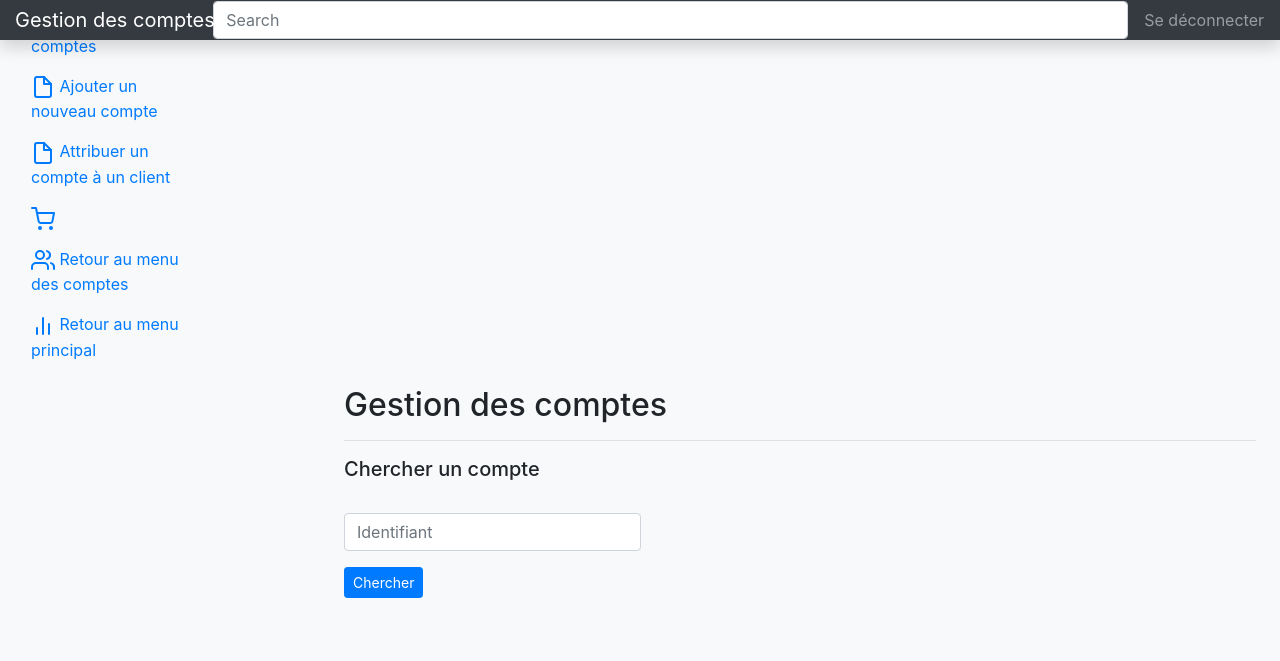
Repository: liiiseee/Projet
Page: http://localhost/02_projet_gestion_clients_compte/recherche-compte.jsp
These files come from the project's save history. The page is drawn as it stood at one moment and after the next save; the edit follows.
The browser window is 1280 px wide. The pictures show the whole page.
The page is served by Tomcat 9. Other server files are loaded and not shown.

Above is the page before, as saved 2020-04-02 14:00:49.
Console error: TypeError: Cannot read properties of null (reading 'length')

### 02_projet_gestion_clients_compte/WebContent/recherche-compte.jsp
<%@page import="com.intiformation.gestion.model.Client"%>
<%@page import="com.intiformation.gestion.model.Conseiller"%>
<%@page import="java.util.List"%>
<%@page import="com.intiformation.gestion.model.Compte"%>
<%@ page language="java" contentType="text/html; charset=utf-8"
    pageEncoding="utf-8"%>

<%@taglib prefix="c" uri="http://java.sun.com/jsp/jstl/core" %>
<!DOCTYPE html>
<html>
<head>
<meta charset="utf-8">
<title>recherche compte</title>
<!-- Bootstrap core CSS -->
<link href="assets/styles/bootstrap.min.css" rel="stylesheet">




    <style>
      .bd-placeholder-img {
        font-size: 1.125rem;
        text-anchor: middle;
        -webkit-user-select: none;
        -moz-user-select: none;
        -ms-user-select: none;
        user-select: none;
      }

      @media (min-width: 768px) {
        .bd-placeholder-img-lg {
          font-size: 3.5rem;
        }
      }
    </style>
    <!-- Custom styles for this template -->
    <link href="assets/styles/styleModif.css" rel="stylesheet">
</head>
<body class="bg-light">
 <nav class="navbar navbar-dark fixed-top bg-dark flex-md-nowrap p-0 shadow">
  <a class="navbar-brand col-sm-3 col-md-2 mr-0" href="#">Gestion des comptes</a>
  <input class="form-control form-control-dark w-100" type="text" placeholder="Search" aria-label="Search">
  <ul class="navbar-nav px-3">
    <li class="nav-item text-nowrap">
      <a class="nav-link" href="authentification-servlet?destroy=true">Se déconnecter</a>
    </li>
  </ul>
</nav>

<div class="container-fluid" >
  <div class="row">
    <nav class="col-md-2 d-none d-md-block bg-light sidebar" >
      <div class="sidebar-sticky">
        <ul class="nav flex-column">
          <li class="nav-item">
            <a class="nav-link active" href="#">
              <span data-feather="home"></span>
              Liste des comptes
            </a>
          </li>
          <li class="nav-item">
            <a class="nav-link" href="ajout-compte.jsp">
              <span data-feather="file"></span>
              Ajouter un nouveau compte
            </a>
          </li>
          <li class="nav-item">
            <a class="nav-link" href="attribuer-compte.jsp">
              <span data-feather="file"></span>
              Attribuer un compte à un client
            </a>
          </li>
         <li class="nav-item">
            <a class="nav-link" href="gestion-pages-servlet?action=chercherCompte">
              <span data-feather="shopping-cart">
              Chercher un compte<span class="sr-only">(current)</span>
            </a>
          </li>

          <li class="nav-item">
            <a class="nav-link" href="gestion-pages-servlet?action=menuCompte">
              <span data-feather="users"></span>
            Retour au menu des comptes
            </a>
          </li>
          <li class="nav-item">
            <a class="nav-link" href="menu.jsp">
              <span data-feather="bar-chart-2"></span>
              Retour au menu principal
            </a>
          </li>
          </ul>



      </div>
    </nav>
    </div>
    </div>
<!-- ====================================================================================== -->
<!-- ====================== Section principale (Main)  ==================================== -->
<!-- ====================================================================================== -->

<main role="main" class="col-md-9 ml-sm-auto col-lg-9 px-4">		<!-- == Ouverture du main ======== -->

    <!-- --------------Titre de la page ------------------------------------ -->

      <div class="d-flex justify-content-between flex-wrap flex-md-nowrap align-items-center pt-3 pb-2 mb-3 border-bottom">
        <h1 class="h2">Gestion des comptes</h1>
      </div>


	<!-- -------Formulaire pour chercher un compte ----------------------- -->

      <h5>Chercher un compte</h5>

			<form method="post" action="gestion-compte-servlet">
			  <div class="form-row">
			    <div class="col-md-4 mb-3">
			      <label for="validationDefault01"></label>
			      <input name="pIdCompte" type="text" class="form-control" id="validationDefault02" placeholder="Identifiant" required>
			    </div>
			    <div class="col-md-3 mb-3">
	      				<input type="hidden" name="action" value="cherche"/>
	    		</div>

			  </div>
			  <button class="btn btn-primary btn-sm" type="submit">Chercher</button>
			</form>

		<br/>
		<br/>



	<!-- -------Affichage du compte recherché ----------------------- -->
     <%
	 	Compte compte = (Compte)request.getAttribute("compteRecherche");
	 %>

	<c:catch var="exception"><% int id=compte.getIdCompte(); %></c:catch>
	<c:if test="${ empty exception}">
		<div class="table-responsive">
	        <table class="table table-striped table-sm">
	          <thead>
	          		<tr>
						<th>ID</th>
						<th>Client</th>
						<th>Solde</th>
						<th>Type de compte</th>
						<th>Taux</th>
						<th>Découvert autorisé</th>
					</tr>
	          </thead>
	          <tbody>
	            <tr>
	            	<td><%= compte.getIdCompte() %></td>
	            	<td><%= compte.getClientID() %></td>
	            	<td><%= compte.getSolde() %></td>
	            	<td><%= compte.getTypeCompte() %></td>
	            	<td><%= compte.getTaux() %></td>
	            	<td><%= compte.getDecouvert()%></td>

	            </tr>
	          </tbody>
	        </table>
      	</div>


		<a href="gestion-client-servlet?action=afficheProprietaire&id-client=<%= compte.getClientID() %>&id-compte=<%= compte.getIdCompte() %>" class="btn btn-success btn-sm" role="button">Voir le propriétaire</a>


		      	<!-- Affichage des boutons modifier, supprimer débit et credit uniquement si le client  appartient pas au conseiller enregistré -->
     <%
	 	Conseiller conseillerLogged = (Conseiller)session.getAttribute("conseillerLogged");
     	double idconseillerLogged = conseillerLogged.getIdConseiller();

		Client client = (Client)request.getAttribute("pClientProprio");
		double idconseiller = 0;
		if(client!=null){
			 idconseiller = client.getConseillerId();
		}

	 %>


      	<c:if test="<%= idconseiller==idconseillerLogged || client==null %>">
      		<a href="gestion-compte-servlet?action=modif&id-compte=<%= compte.getIdCompte() %>" class="btn btn-danger btn-sm" role="button">Modifier</a>
      		<a href="gestion-compte-servlet?action=supp&id-compte=<%= compte.getIdCompte() %>" class="btn btn-danger btn-sm" role="button">Supprimer</a>

      	</c:if>


      </c:if>


      <br/><br/>


   <!-- -------Affichage du client propriétaire du compte recherché ----------------------- -->

     <%
	 	Client client = (Client)request.getAttribute("pPropretaire");
	 %>


	<c:catch var="exception"><% int id=client.getIdClient(); %></c:catch>
	<c:if test="${ empty exception}">
		<h5>Client propriétaire </h5>
		<div class="table-responsive">
	        <table class="table table-striped table-sm">
	          <thead>
	          		<tr>
						<th>ID</th>
						<th>Nom</th>
						<th>Prenom</th>
						<th>Adresse</th>
						<th>Code Postal</th>
						<th>Ville</th>
						<th>Téléphone</th>
						<th>Id conseiller</th>
						<th>  </th>


					</tr>
	          </thead>
	          <tbody>
	            <tr>
	            	<td><%= client.getIdClient() %></td>
	            	<td><%= client.getNom() %></td>
	            	<td><%= client.getPrenom() %></td>
	            	<td><%= client.getAdresse() %></td>
	            	<td><%= client.getCodePostal() %></td>
	            	<td><%= client.getVille() %></td>
	            	<td><%= client.getTelephone() %></td>
	            	<td> <%= client.getConseillerId() %></td>
	            	<td>
						<a href="gestion-client-servlet?action=afficher&id-client=<%= client.getIdClient() %>">Afficher</a>
					</td>
	            </tr>
	          </tbody>
	        </table>
      	</div>
	</c:if>


	<!-- -------Affichage du formulaire de débit ----------------------- -->

	<c:catch var="exception"><% String action = (String)request.getAttribute("pDebitCredit"); %></c:catch>

		<c:if test="${ empty exception}">
			<c:if test='${pDebitCredit.equals("debit")}'>

					<form method="post" action="gestion-compte-servlet">
					  <div class="form-row">
					    <div class="col-md-4 mb-3">
					      <label for="validationDefault01">Montant du débit</label>
					      <input name="pMontant" type="text" class="form-control" id="validationDefault02" required>
					    </div>
					    <div class="col-md-3 mb-3">
			      				<input type="hidden" name="action" value="debit"/>
			    		</div>
			    		<div class="col-md-3 mb-3">
			      				<input type="hidden" name="pIdCompte" value="<%= compte.getIdCompte() %>"/>
			    		</div>

					  </div>
					  <button class="btn btn-primary btn-sm" type="submit">Faire le retrait</button>
					</form>

			</c:if>


		<!-- -------Affichage du formulaire de débit ----------------------- -->


			<c:if test='${pDebitCredit.equals("credit")}'>
					<form method="post" action="gestion-compte-servlet">
					  <div class="form-row">
					    <div class="col-md-4 mb-3">
					      <label for="validationDefault01">Montant du crédit</label>
					      <input name="pMontant" type="text" class="form-control" id="validationDefault02" required>
					    </div>
					    <div class="col-md-3 mb-3">
			      				<input type="hidden" name="action" value="credit"/>
			    		</div>
			    		<div class="col-md-3 mb-3">
			      				<input type="hidden" name="pIdCompte" value="<%= compte.getIdCompte() %>"/>
			    		</div>
					  </div>
					  <button class="btn btn-primary btn-sm" type="submit">Faire le credit </button>
					</form>
			</c:if>
	</c:if>



    <!-- -------Affichage des message d'erreur/ réussite ----------------------- -->

    <c:catch var="exception"><% String reussiteOp = (String)request.getAttribute("reussiteOperation"); %></c:catch>
	<c:if test="${ empty exception}">
		<c:if test='${reussiteOperation.equals("true")}'>
		<div class="alert alert-success" role="alert">
  			${message}
		</div>

		</c:if>
		<c:if test='${reussiteOperation.equals("false")}'>
		<div class="alert alert-danger" role="alert">
  			${message}
		</div>

		</c:if>
	</c:if>



    </main>	<!-- == Fermeture du main ======== -->
  </div>	<!-- == Fermeture de la div row == -->
</div>		<!-- == Fermeture de la div principale ======== -->



<!-- ====================================================================================== -->
<!-- ====================== Scripts  ====================================================== -->
<!-- ====================================================================================== -->


		<script src="assets/scripts/jquery-3.4.1.slim.min.js" ></script>

      	<script>window.jQuery || document.write('<script src="/docs/4.4/assets/js/vendor/jquery.slim.min.js"><\/script>')</script>

      	<script src="assets/scripts/bootstrap.bundle.min.js"></script>
        <script src="assets/scripts/feather.min.js"></script>
        <script src="assets/scripts/Chart.min.js"></script>
        <script src="assets/scripts/dashboard.js"></script>
</body>
</html>

### 02_projet_gestion_clients_compte/src/com/intiformation/gestion/model/Compte.java
package com.intiformation.gestion.model;

import java.io.Serializable;

public class Compte implements Serializable{

	private int idCompte;
	private double solde;
	private String typeCompte;
	private int clientID;
	private double decouvert;
	private double taux;
	private double conseillerId;


	/*__________ Constructeurs ____________*/




	public Compte(int idCompte, double solde, String typeCompte, int clientID) {
		super();
		this.idCompte = idCompte;
		this.solde = solde;
		this.typeCompte = typeCompte;
		this.clientID = clientID;
	}
	public Compte(int idCompte, double solde, double conseillerId, String typeCompte, double taux) {
		super();
		this.idCompte = idCompte;
		this.solde = solde;
		this.typeCompte = typeCompte;
		this.taux = taux;
		this.conseillerId = conseillerId;

	}




	public Compte(double solde, String typeCompte, int clientID, double decouvert, double taux, double conseillerId) {
		super();
		this.solde = solde;
		this.typeCompte = typeCompte;
		this.clientID = clientID;
		this.decouvert = decouvert;
		this.taux = taux;
		this.conseillerId = conseillerId;
	}
	public Compte(int idCompte, double solde, String typeCompte, int clientID, double decouvert, double taux,
			double conseillerId) {
		super();
		this.idCompte = idCompte;
		this.solde = solde;
		this.typeCompte = typeCompte;
		this.clientID = clientID;
		this.decouvert = decouvert;
		this.taux = taux;
		this.conseillerId = conseillerId;
	}
	public Compte(int idCompte, double solde, String typeCompte, double decouvert, double taux) {
		super();
		this.idCompte = idCompte;
		this.solde = solde;
		this.typeCompte = typeCompte;
		this.decouvert = decouvert;
		this.taux = taux;
	}
	public Compte(double solde, String typeCompte, double decouvert, double taux) {
		super();
		this.solde = solde;
		this.typeCompte = typeCompte;
		this.decouvert = decouvert;
		this.taux = taux;
	}
	public Compte(double solde, String typeCompte, int clientID, double decouvert, double taux) {
		super();
		this.solde = solde;
		this.typeCompte = typeCompte;
		this.clientID = clientID;
		this.decouvert = decouvert;
		this.taux = taux;
	}
	public Compte(int idCompte, double solde, String typeCompte, int clientID, double decouvert, double taux) {
		super();
		this.idCompte = idCompte;
		this.solde = solde;
		this.typeCompte = typeCompte;
		this.clientID = clientID;
		this.decouvert = decouvert;
		this.taux = taux;
	}
	public Compte() {
		super();
	}

	public Compte(int idCompte, double solde, String typeCompte) {
		super();
		this.idCompte = idCompte;
		this.solde = solde;
		this.typeCompte = typeCompte;
	}


	/*________ Getters et Setters _________*/

	public int getIdCompte() {
		return idCompte;
	}
	public void setIdCompte(int idCompte) {
		this.idCompte = idCompte;
	}
	public double getSolde() {
		return solde;
	}
	public void setSolde(double solde) {
		this.solde = solde;
	}
	public String getTypeCompte() {
		return typeCompte;
	}
	public void setTypeCompte(String typeCompte) {
		this.typeCompte = typeCompte;
	}
	public int getClientID() {
		return clientID;
	}
	public void setClientID(int clientID) {
		this.clientID = clientID;
	}


	public double getDecouvert() {
		return decouvert;
	}
	public void setDecouvert(double decouvert) {
		this.decouvert = decouvert;
	}
	public double getTaux() {
		return taux;
	}
	public void setTaux(double taux) {
		this.taux = taux;
	}



	public double getConseillerId() {
		return conseillerId;
	}
	public void setConseillerId(int conseillerId) {
		this.conseillerId = conseillerId;
	}
	/*_____________ Méthodes ______________*/
	@Override
	public String toString() {
		return " \n_____________________________\n Identifiant du Compte : " + idCompte + "\n Solde : " + solde + "€ \n "
				+ "type du compte : " + typeCompte + "\n Identifiant compte : " + clientID + "\n_____________________________";
	}

}

### 02_projet_gestion_clients_compte/src/com/intiformation/gestion/model/Client.java
package com.intiformation.gestion.model;

import java.io.Serializable;

public class Client implements Serializable{
	/*____________ Propriétés _____________*/

	private int idClient;
	private String nom;
	private String prenom;
	private String adresse;
	private String ville;
	private String codePostal;
	private String telephone;
	private double conseillerId;


	/*__________ Constructeurs ____________*/



	public Client() {
		super();
	}


	public Client(int idClient, String nom, String prenom, String adresse, String ville, String codePostal,
			String telephone) {
		super();
		this.idClient = idClient;
		this.nom = nom;
		this.prenom = prenom;
		this.adresse = adresse;
		this.ville = ville;
		this.codePostal = codePostal;
		this.telephone = telephone;
	}


	public Client(String nom, String prenom, String adresse, String ville, String codePostal, String telephone) {
		super();
		this.nom = nom;
		this.prenom = prenom;
		this.adresse = adresse;
		this.ville = ville;
		this.codePostal = codePostal;
		this.telephone = telephone;
	}

	public Client(int idClient, String nom, String prenom, String adresse, String ville, String codePostal,
			String telephone, double conseillerId) {
		super();
		this.idClient = idClient;
		this.nom = nom;
		this.prenom = prenom;
		this.adresse = adresse;
		this.ville = ville;
		this.codePostal = codePostal;
		this.telephone = telephone;
		this.conseillerId = conseillerId;
	}





	public Client(String nom, String prenom, String adresse, String ville, String codePostal, String telephone,
			double conseillerId) {
		super();
		this.nom = nom;
		this.prenom = prenom;
		this.adresse = adresse;
		this.ville = ville;
		this.codePostal = codePostal;
		this.telephone = telephone;
		this.conseillerId = conseillerId;
	}


	/*________ Getters et Setters _________*/





	public int getIdClient() {
		return idClient;
	}

	public void setIdClient(int idClient) {
		this.idClient = idClient;
	}

	public double getConseillerId() {
		return conseillerId;
	}


	public void setConseillerId(double conseillerId) {
		this.conseillerId = conseillerId;
	}




	public String getNom() {
		return nom;
	}

	public void setNom(String nom) {
		this.nom = nom;
	}

	public String getPrenom() {
		return prenom;
	}

	public void setPrenom(String prenom) {
		this.prenom = prenom;
	}

	public String getAdresse() {
		return adresse;
	}

	public void setAdresse(String adresse) {
		this.adresse = adresse;
	}

	public String getCodePostal() {
		return codePostal;
	}

	public void setCodePostal(String codePostal) {
		this.codePostal = codePostal;
	}

	public String getVille() {
		return ville;
	}

	public void setVille(String ville) {
		this.ville = ville;
	}

	public String getTelephone() {
		return telephone;
	}

	public void setTelephone(String telephone) {
		this.telephone = telephone;
	}





	/*_____________ Méthodes ______________*/
	@Override
	public String toString() {
		return " \n_____________________________\n Identifiant Client : " + idClient + "\n Nom : " + nom + "\n Prenom : " + prenom + "\n Adresse : " + adresse
				+ "\n Code postal : " + codePostal + "\n Ville : " + ville + "\n Telephone : " + telephone + "\n_____________________________";
	}


}//end class

### 02_projet_gestion_clients_compte/WebContent/assets/styles/styleModif.css
@charset "ISO-8859-1";

.container {
  max-width: 960px;
}

.lh-condensed { line-height: 1.25; }

### 02_projet_gestion_clients_compte/WebContent/assets/scripts/dashboard.js
/* globals Chart:false, feather:false */

(function () {
  'use strict'

  feather.replace()

  // Graphs
  var ctx = document.getElementById('myChart')
  // eslint-disable-next-line no-unused-vars
  var myChart = new Chart(ctx, {
    type: 'line',
    data: {
      labels: [
        'Sunday',
        'Monday',
        'Tuesday',
        'Wednesday',
        'Thursday',
        'Friday',
        'Saturday'
      ],
      datasets: [{
        data: [
          15339,
          21345,
          18483,
          24003,
          23489,
          24092,
          12034
        ],
        lineTension: 0,
        backgroundColor: 'transparent',
        borderColor: '#007bff',
        borderWidth: 4,
        pointBackgroundColor: '#007bff'
      }]
    },
    options: {
      scales: {
        yAxes: [{
          ticks: {
            beginAtZero: false
          }
        }]
      },
      legend: {
        display: false
      }
    }
  })
}())

Loaded but not shown: 02_projet_gestion_clients_compte/WebContent/assets/styles/bootstrap.min.css (library); 02_projet_gestion_clients_compte/WebContent/assets/scripts/jquery-3.4.1.slim.min.js (library); 02_projet_gestion_clients_compte/WebContent/assets/scripts/bootstrap.bundle.min.js (library); 02_projet_gestion_clients_compte/WebContent/assets/scripts/feather.min.js (library); 02_projet_gestion_clients_compte/WebContent/assets/scripts/Chart.min.js (library)

After the next save:
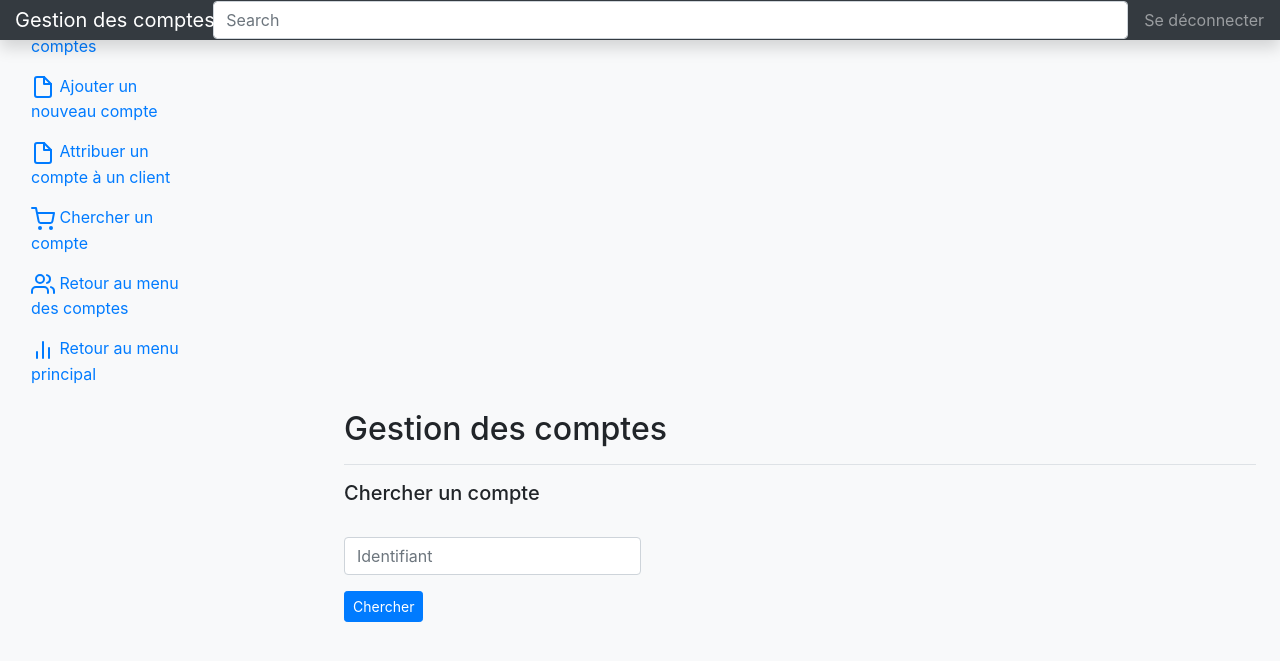
Saved 5 min 59 s later.
--- a/02_projet_gestion_clients_compte/WebContent/recherche-compte.jsp
+++ b/02_projet_gestion_clients_compte/WebContent/recherche-compte.jsp
@@ -72,7 +72,7 @@
           </li>
          <li class="nav-item">
             <a class="nav-link" href="gestion-pages-servlet?action=chercherCompte">
-              <span data-feather="shopping-cart">
+              <span data-feather="shopping-cart"></span>
               Chercher un compte<span class="sr-only">(current)</span>
             </a>
           </li>
